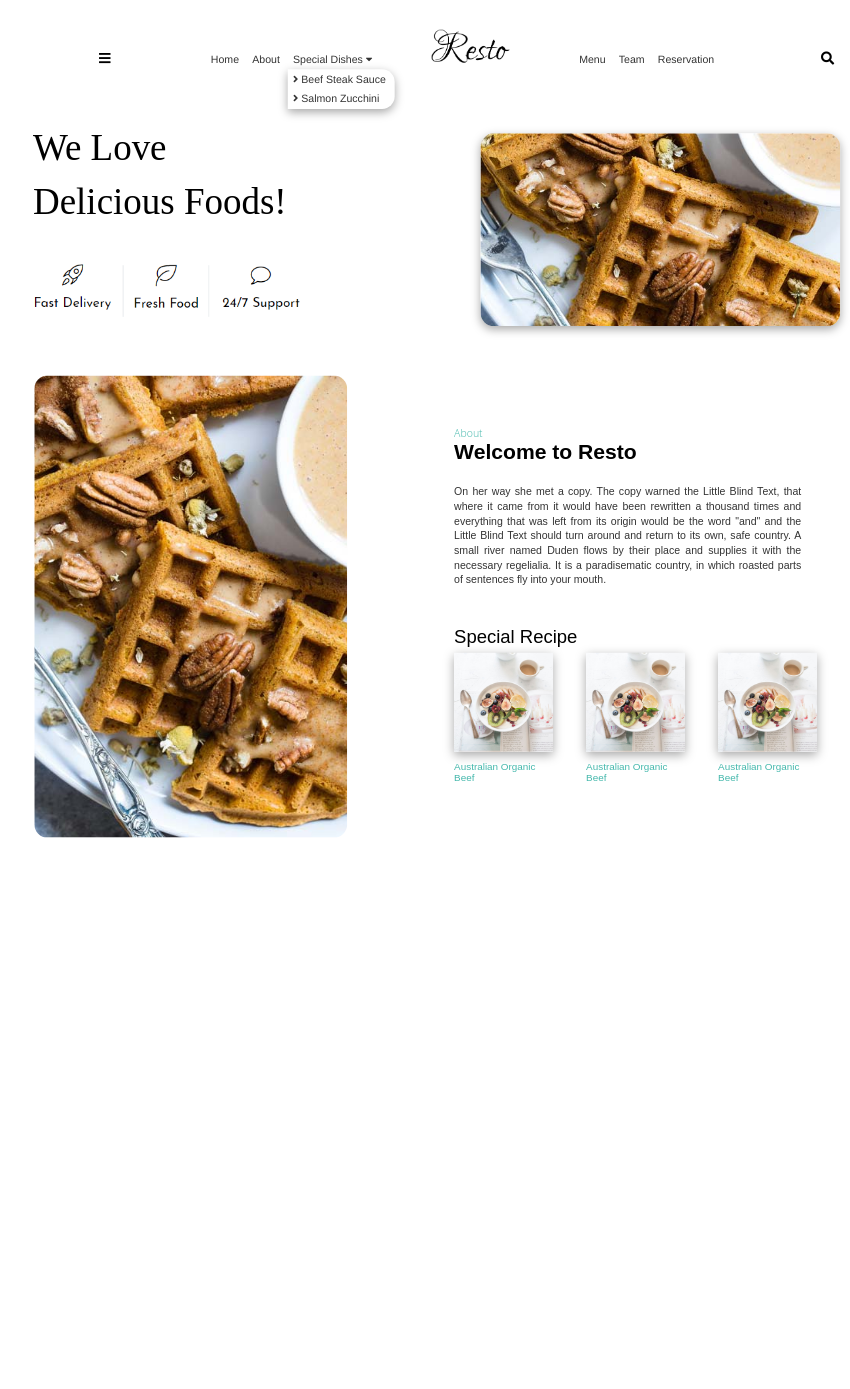
Repository: nguyenanhtuanHDU/myrestaurant
Page: index.html
These files come from the project's save history. The page is drawn as it stood at one moment and after the next save; the edit follows.
The browser window is 1280 px wide. The page is 1288 px wide, so the pictures cover 1288 px, including what lies to the right of the window. The pictures show the whole page, at 66% of full size.

Above is the page before, as saved 2022-02-07 09:00:04.

After the next save:
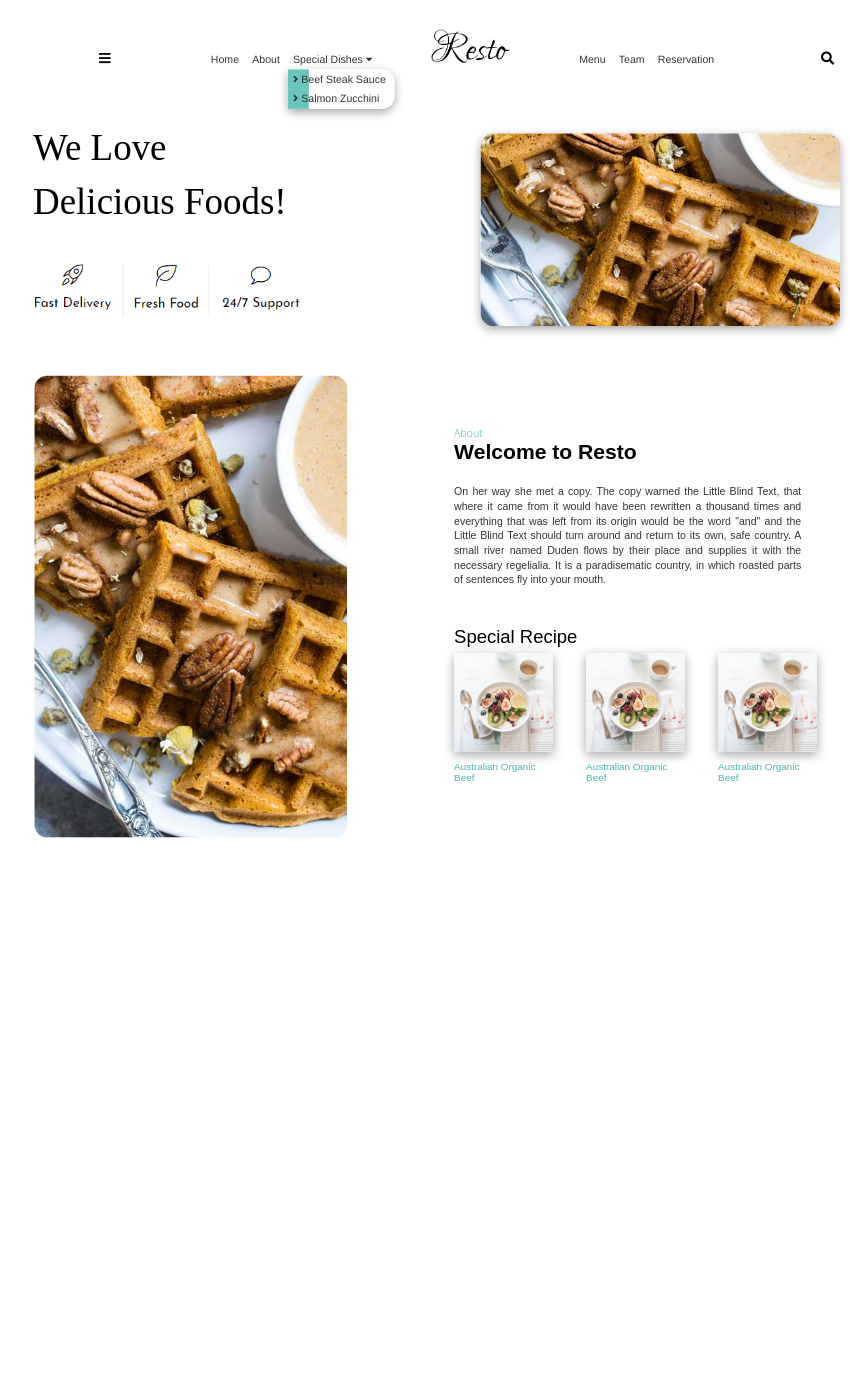
Saved 34 s later.
--- a/assets/style.css
+++ b/assets/style.css
@@ -116,7 +116,7 @@
     left: 0;
     background-color: #45b8ac;
     height: 100%;
-    width: 0%;
+    width: 20%;
     z-index: -1;
 }
 .subnav_1 li a:hover:before{

After the 4 saves that followed:
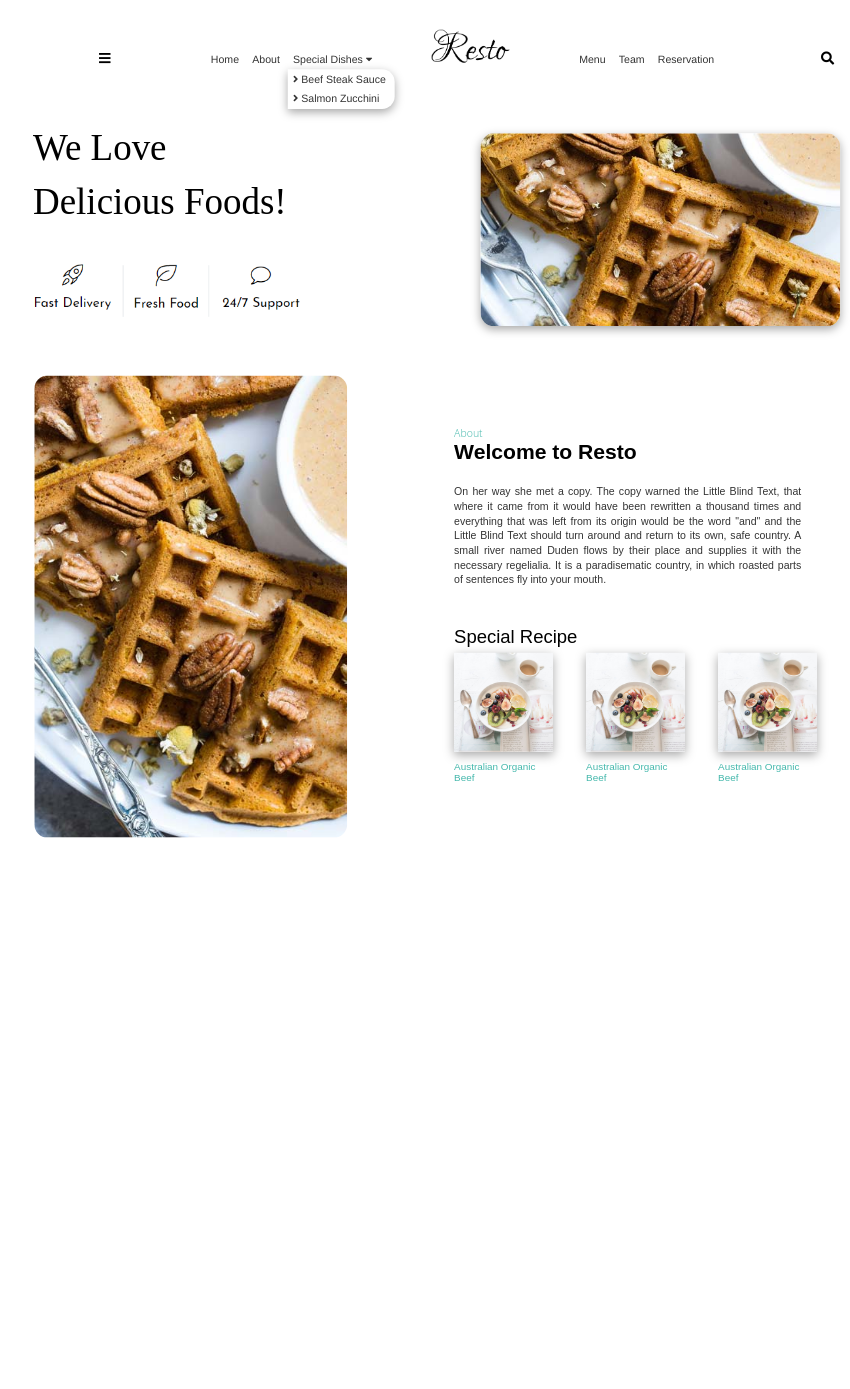
The 4 saves are shown as one change because 2 left the picture as it was and some came seconds apart.
The last was saved 32 s later.
--- a/assets/style.css
+++ b/assets/style.css
@@ -116,8 +116,9 @@
     left: 0;
     background-color: #45b8ac;
     height: 100%;
-    width: 20%;
+    width: 0%;
     z-index: -1;
+    transition: 0.8s ease;
 }
 .subnav_1 li a:hover:before{
     color: white;
